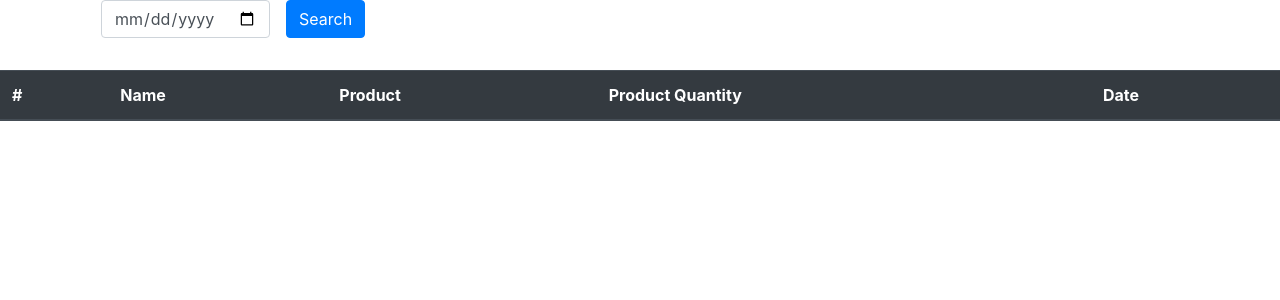
Repository: audiverth77/Prueba-software
Page: http://localhost/order
The author's editor kept a copy of each file at every save. The page is drawn from the files as they stood at one save, then again after the next save.
The browser window is 1280 px wide. The pictures show the whole page.
The page is served by the project's Laravel application, run on PHP 8.4 with Laravel 8. Other server files are loaded and not shown. Queries for data that is not in the repository find no rows.

Above is the page before, as saved 2021-04-29 12:22:05.

### routes/web.php
<?php

use Illuminate\Support\Facades\Route;
use App\Http\Controllers\OrderController;

/*
|--------------------------------------------------------------------------
| Web Routes
|--------------------------------------------------------------------------
|
| Here is where you can register web routes for your application. These
| routes are loaded by the RouteServiceProvider within a group which
| contains the "web" middleware group. Now create something great!
|
*/

Route::get('/', function () {
    return view('welcome');
});

Route::resource("order", OrderController::class);

### app/Http/Controllers/OrderController.php
<?php

namespace App\Http\Controllers;

use Illuminate\Http\Request;
use Illuminate\Support\Facades\DB;

class OrderController extends Controller
{
    /**
     * Display a listing of the resource.
     *
     * @return \Illuminate\Http\Response
     */
    public function index(Request $request)
    {
        $order = DB::select('SELECT o.id, o.name as or_name, p.name as pro_name, o.product_quantity, o.date
            FROM orders as o, products as p
            WHERE o.id_products = p.id');
            $size_array = sizeof($order);

        // if($request->input('date')){
        //     $order = DB::select('SELECT o.id, o.name as or_name, p.name as pro_name, o.product_quantity, o.date
        //                             FROM orders as o, products as p
        //                             WHERE o.id_products = p.id
        //                             AND o.date = :date', ['date' => $request->input('date')]);
        //     $size_array = sizeof($order);
        // }

        return view("welcome", compact('order', 'size_array'));
    }

    /**
     * Show the form for creating a new resource.
     *
     * @return \Illuminate\Http\Response
     */
    public function create()
    {
        //
    }

    /**
     * Store a newly created resource in storage.
     *
     * @param  \Illuminate\Http\Request  $request
     * @return \Illuminate\Http\Response
     */
    public function store(Request $request)
    {
        //
    }

    /**
     * Display the specified resource.
     *
     * @param  int  $id
     * @return \Illuminate\Http\Response
     */
    public function show($id)
    {

    }

    /**
     * Show the form for editing the specified resource.
     *
     * @param  int  $id
     * @return \Illuminate\Http\Response
     */
    public function edit($id)
    {
        //
    }

    /**
     * Update the specified resource in storage.
     *
     * @param  \Illuminate\Http\Request  $request
     * @param  int  $id
     * @return \Illuminate\Http\Response
     */
    public function update(Request $request, $id)
    {
        //
    }

    /**
     * Remove the specified resource from storage.
     *
     * @param  int  $id
     * @return \Illuminate\Http\Response
     */
    public function destroy($id)
    {
        //
    }
}

### resources/views/welcome.blade.php
<!DOCTYPE html>
<html lang="{{ str_replace('_', '-', app()->getLocale()) }}">

<head>
    <meta charset="utf-8">
    <meta name="viewport" content="width=device-width, initial-scale=1">

    <title>Laravel</title>

    <!-- Fonts -->
    <link href="https://fonts.googleapis.com/css2?family=Nunito:wght@400;600;700&display=swap" rel="stylesheet">

    <!-- Styles -->
    <style>
        /*! normalize.css v8.0.1 | MIT License | github.com/necolas/normalize.css */
        html {
            line-height: 1.15;
            -webkit-text-size-adjust: 100%
        }

        body {
            margin: 0
        }

        a {
            background-color: transparent
        }

        [hidden] {
            display: none
        }

        html {
            font-family: system-ui, -apple-system, BlinkMacSystemFont, Segoe UI, Roboto, Helvetica Neue, Arial, Noto Sans, sans-serif, Apple Color Emoji, Segoe UI Emoji, Segoe UI Symbol, Noto Color Emoji;
            line-height: 1.5
        }

        *,
        :after,
        :before {
            box-sizing: border-box;
            border: 0 solid #e2e8f0
        }

        a {
            color: inherit;
            text-decoration: inherit
        }

        svg,
        video {
            display: block;
            vertical-align: middle
        }

        video {
            max-width: 100%;
            height: auto
        }

        .bg-white {
            --bg-opacity: 1;
            background-color: #fff;
            background-color: rgba(255, 255, 255, var(--bg-opacity))
        }

        .bg-gray-100 {
            --bg-opacity: 1;
            background-color: #f7fafc;
            background-color: rgba(247, 250, 252, var(--bg-opacity))
        }

        .border-gray-200 {
            --border-opacity: 1;
            border-color: #edf2f7;
            border-color: rgba(237, 242, 247, var(--border-opacity))
        }

        .border-t {
            border-top-width: 1px
        }

        .flex {
            display: flex
        }

        .grid {
            display: grid
        }

        .hidden {
            display: none
        }

        .items-center {
            align-items: center
        }

        .justify-center {
            justify-content: center
        }

        .font-semibold {
            font-weight: 600
        }

        .h-5 {
            height: 1.25rem
        }

        .h-8 {
            height: 2rem
        }

        .h-16 {
            height: 4rem
        }

        .text-sm {
            font-size: .875rem
        }

        .text-lg {
            font-size: 1.125rem
        }

        .leading-7 {
            line-height: 1.75rem
        }

        .mx-auto {
            margin-left: auto;
            margin-right: auto
        }

        .ml-1 {
            margin-left: .25rem
        }

        .mt-2 {
            margin-top: .5rem
        }

        .mr-2 {
            margin-right: .5rem
        }

        .ml-2 {
            margin-left: .5rem
        }

        .mt-4 {
            margin-top: 1rem
        }

        .ml-4 {
            margin-left: 1rem
        }

        .mt-8 {
            margin-top: 2rem
        }

        .ml-12 {
            margin-left: 3rem
        }

        .-mt-px {
            margin-top: -1px
        }

        .max-w-6xl {
            max-width: 72rem
        }

        .min-h-screen {
            min-height: 100vh
        }

        .overflow-hidden {
            overflow: hidden
        }

        .p-6 {
            padding: 1.5rem
        }

        .py-4 {
            padding-top: 1rem;
            padding-bottom: 1rem
        }

        .px-6 {
            padding-left: 1.5rem;
            padding-right: 1.5rem
        }

        .pt-8 {
            padding-top: 2rem
        }

        .fixed {
            position: fixed
        }

        .relative {
            position: relative
        }

        .top-0 {
            top: 0
        }

        .right-0 {
            right: 0
        }

        .shadow {
            box-shadow: 0 1px 3px 0 rgba(0, 0, 0, .1), 0 1px 2px 0 rgba(0, 0, 0, .06)
        }

        .text-center {
            text-align: center
        }

        .text-gray-200 {
            --text-opacity: 1;
            color: #edf2f7;
            color: rgba(237, 242, 247, var(--text-opacity))
        }

        .text-gray-300 {
            --text-opacity: 1;
            color: #e2e8f0;
            color: rgba(226, 232, 240, var(--text-opacity))
        }

        .text-gray-400 {
            --text-opacity: 1;
            color: #cbd5e0;
            color: rgba(203, 213, 224, var(--text-opacity))
        }

        .text-gray-500 {
            --text-opacity: 1;
            color: #a0aec0;
            color: rgba(160, 174, 192, var(--text-opacity))
        }

        .text-gray-600 {
            --text-opacity: 1;
            color: #718096;
            color: rgba(113, 128, 150, var(--text-opacity))
        }

        .text-gray-700 {
            --text-opacity: 1;
            color: #4a5568;
            color: rgba(74, 85, 104, var(--text-opacity))
        }

        .text-gray-900 {
            --text-opacity: 1;
            color: #1a202c;
            color: rgba(26, 32, 44, var(--text-opacity))
        }

        .underline {
            text-decoration: underline
        }

        .antialiased {
            -webkit-font-smoothing: antialiased;
            -moz-osx-font-smoothing: grayscale
        }

        .w-5 {
            width: 1.25rem
        }

        .w-8 {
            width: 2rem
        }

        .w-auto {
            width: auto
        }

        .grid-cols-1 {
            grid-template-columns: repeat(1, minmax(0, 1fr))
        }

        @media (min-width:640px) {
            .sm\:rounded-lg {
                border-radius: .5rem
            }

            .sm\:block {
                display: block
            }

            .sm\:items-center {
                align-items: center
            }

            .sm\:justify-start {
                justify-content: flex-start
            }

            .sm\:justify-between {
                justify-content: space-between
            }

            .sm\:h-20 {
                height: 5rem
            }

            .sm\:ml-0 {
                margin-left: 0
            }

            .sm\:px-6 {
                padding-left: 1.5rem;
                padding-right: 1.5rem
            }

            .sm\:pt-0 {
                padding-top: 0
            }

            .sm\:text-left {
                text-align: left
            }

            .sm\:text-right {
                text-align: right
            }
        }

        @media (min-width:768px) {
            .md\:border-t-0 {
                border-top-width: 0
            }

            .md\:border-l {
                border-left-width: 1px
            }

            .md\:grid-cols-2 {
                grid-template-columns: repeat(2, minmax(0, 1fr))
            }
        }

        @media (min-width:1024px) {
            .lg\:px-8 {
                padding-left: 2rem;
                padding-right: 2rem
            }
        }

        @media (prefers-color-scheme:dark) {
            .dark\:bg-gray-800 {
                --bg-opacity: 1;
                background-color: #2d3748;
                background-color: rgba(45, 55, 72, var(--bg-opacity))
            }

            .dark\:bg-gray-900 {
                --bg-opacity: 1;
                background-color: #1a202c;
                background-color: rgba(26, 32, 44, var(--bg-opacity))
            }

            .dark\:border-gray-700 {
                --border-opacity: 1;
                border-color: #4a5568;
                border-color: rgba(74, 85, 104, var(--border-opacity))
            }

            .dark\:text-white {
                --text-opacity: 1;
                color: #fff;
                color: rgba(255, 255, 255, var(--text-opacity))
            }

            .dark\:text-gray-400 {
                --text-opacity: 1;
                color: #cbd5e0;
                color: rgba(203, 213, 224, var(--text-opacity))
            }
        }
    </style>

    <style>
        body {
            font-family: 'Nunito';
        }
    </style>
</head>

<body class="antialiased">
    <div class="container">
        <form class="form-inline" action="{{ route('order.index') }}" method="get">
            <div class="form-group mx-sm-3 mb-2">
                <label for="inputPassword2" class="sr-only">Password</label>
                <input name="date" type="date" class="form-control" id="date" placeholder="Password">
            </div>
            <button type="submit" class="btn btn-primary mb-2">Search</button>
        </form>
    </div>

    <br>
    <table class="table">
        <thead class="thead-dark">
            <tr>
                <th scope="col">#</th>
                <th scope="col">Name</th>
                <th scope="col">Product</th>
                <th scope="col">Product Quantity</th>
                <th scope="col">Date</th>
            </tr>
        </thead>
        <tbody>
            @for ($i = 1; $i < $size_array; $i++)
                <tr>
                    <th scope="row">{{ $order[$i]->id }}</th>
                    <td>{{ $order[$i]->or_name }}</td>
                    <td>{{ $order[$i]->pro_name }}</td>
                    <td>{{ $order[$i]->product_quantity }}</td>
                    <td>{{ $order[$i]->date }}</td>
                </tr>
            @endfor
        </tbody>
    </table>

</body>

</html>

<!-- Latest compiled and minified CSS -->
<link rel="stylesheet" href="https://maxcdn.bootstrapcdn.com/bootstrap/4.5.2/css/bootstrap.min.css">
<!-- jQuery library -->
<script src="https://ajax.googleapis.com/ajax/libs/jquery/3.5.1/jquery.min.js"></script>
<!-- Popper JS -->
<script src="https://cdnjs.cloudflare.com/ajax/libs/popper.js/1.16.0/umd/popper.min.js"></script>
<!-- Latest compiled JavaScript -->
<script src="https://maxcdn.bootstrapcdn.com/bootstrap/4.5.2/js/bootstrap.min.js"></script>

Loaded but not shown: app/Providers/AppServiceProvider.php (common file); app/Http/Controllers/Controller.php (common file)

After the next save:
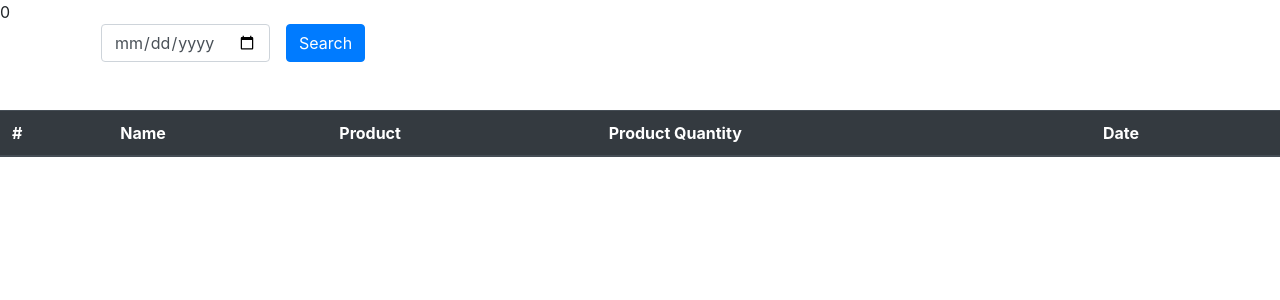
Saved 39 s later.
--- a/app/Http/Controllers/OrderController.php
+++ b/app/Http/Controllers/OrderController.php
@@ -19,13 +19,15 @@ class OrderController extends Controller
             WHERE o.id_products = p.id');
             $size_array = sizeof($order);
 
-        // if($request->input('date')){
-        //     $order = DB::select('SELECT o.id, o.name as or_name, p.name as pro_name, o.product_quantity, o.date
-        //                             FROM orders as o, products as p
-        //                             WHERE o.id_products = p.id
-        //                             AND o.date = :date', ['date' => $request->input('date')]);
-        //     $size_array = sizeof($order);
-        // }
+            print_r($size_array);
+
+        if($request->input('date')){
+            $order = DB::select('SELECT o.id, o.name as or_name, p.name as pro_name, o.product_quantity, o.date
+                                    FROM orders as o, products as p
+                                    WHERE o.id_products = p.id
+                                    AND o.date = :date', ['date' => $request->input('date')]);
+            $size_array = sizeof($order);
+        }
 
         return view("welcome", compact('order', 'size_array'));
     }
